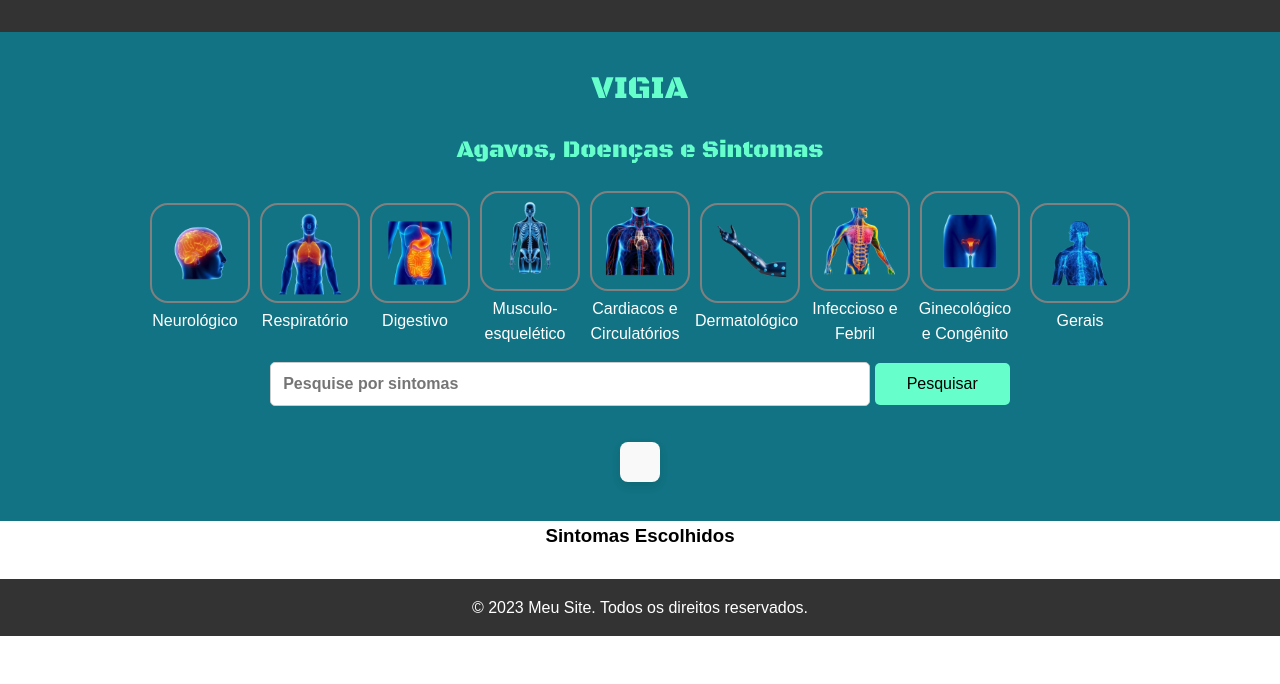
Repository: br-on/vigia
Page: index.html
An editor plug-in stored every save of this project. The page is shown before and after the next save, followed by the edit.
The browser window is 1280 px wide. The pictures show the whole page.
Some web fonts or font styles are not loaded; a fallback is used.

Above is the page before, as saved 2024-09-15 16:47:31.

### index.html
<!DOCTYPE html>
<html lang="pt-br">
<head>
  <meta charset="UTF-8">
  <meta name="viewport" content="width=device-width, initial-scale=1.0">
  <title>IA VIGILÂNCIA</title>
  <link rel="stylesheet" href="assets/style/style.css">
</head>
<body>
  <nav>
  </nav>
  <header class="search">
    <h1 class="black-ops-one-regular">VIGIA</h1>
    <h2 class="black-ops-one-regular">Agavos, Doenças e Sintomas</h2>
    <div class="grupos-sintomas">
      <div><div class="grupo-sintoma"><img src="/assets/img/grupos/neurologico.png" alt=""></div><div class="nome-grupo">Neurológico</div></div>
      <div><div class="grupo-sintoma"><img src="assets/img/grupos/respiratorio.png" alt=""></div><div class="nome-grupo">Respiratório</div></div>
      <div><div class="grupo-sintoma"><img src="assets/img/grupos/digestivo.png" alt=""></div><div class="nome-grupo">Digestivo</div></div>
      <div><div class="grupo-sintoma"><img src="assets/img/grupos/musculoesqueletico.png" alt=""></div><div class="nome-grupo">Musculo- esquelético</div></div>
      <div><div class="grupo-sintoma"><img src="assets/img/grupos/cardiaco.png" alt=""></div><div class="nome-grupo">Cardiacos e Circulatórios</div></div>
      <div><div class="grupo-sintoma"><img src="assets/img/grupos/dermatologico.png" alt=""></div><div class="nome-grupo">Dermatológico</div></div>
      <div><div class="grupo-sintoma"><img src="assets/img/grupos/infecciosofebril.png" alt=""></div><div class="nome-grupo">Infeccioso e Febril</div></div>
      <div><div class="grupo-sintoma"><img src="assets/img/grupos/ginecologicocongentia.png" alt=""></div><div class="nome-grupo">Ginecológico e Congênito</div></div>
      <div><div class="grupo-sintoma"><img src="assets/img/grupos/gerais.png" alt=""></div><div>Gerais</div></div>
    </div><br>
    <input type="text" placeholder="Pesquise por sintomas" class="electrolize-regular" id="campo-pesquisa">
    <button onclick="pesquisar()">Pesquisar</button>
    <br>
    <div id="resultados-pesquisa" class="resultado-pesquisa-sintomas"></div>
  </header>
  <main>
    <center><h3>Sintomas Escolhidos</h3></center>
    <div id="sintomas-escolhidos">

      <!-- Sintomas escolhidos serão exibidos aqui -->
    </div>
    <div id="resultados-doencas">
      <!-- Resultados das doenças serão exibidos aqui -->
    </div>
  </main>
  <footer>
    <p>&copy; 2023 Meu Site. Todos os direitos reservados.</p>
  </footer>

  <script src="assets/script/sintomas.js"></script>
  <script src="assets/script/data.js"></script>
  <script src="assets/script/app.js"></script>
</body>
</html>

### assets/style/style.css
/* style.css */
@import url('https://fonts.googleapis.com/css2?family=Black+Ops+One&display=swap');
@import url('https://fonts.googleapis.com/css2?family=Electrolize&display=swap');

.black-ops-one-regular {
  font-family: "Black Ops One", system-ui;
  font-weight: 400;
  font-style: normal;
}

.electrolize-regular {
  font-family: "Electrolize", sans-serif;
  font-weight: 600;
  font-style: normal;
}

/* Estilos globais */
* {
    margin: 0;
    padding: 0;
    box-sizing: border-box;
}

html, body {
    height: 100%;
    margin: 0;
}

body {
    font-family: Arial, sans-serif;
    line-height: 1.6;
    margin: 0;
    padding: 0;

}

header, nav, footer {
    background-color: #333;
    color: #fff;
    text-align: center;
    padding: 1rem;
}

main {
    flex: 1;
}

h1, h2 {
    color: #66ffcc;
    margin-bottom: 1rem;
}

/* Estilo para o formulário de pesquisa */
.search {
    text-align: center;
    padding: 2rem 1rem;
    background-color: #117383;
}

.search input[type="text"] {
    margin-top: 15px;
    width: 600px;
    padding: 0.75rem;
    margin-bottom: 1rem;
    border: 1px solid #ccc;
    border-radius: 5px;
    font-size: 1rem;
}

.search button {
    padding: 0.75rem 2rem;
    background-color: #66ffcc;
    color: #000;
    border: none;
    border-radius: 5px;
    cursor: pointer;
    font-size: 1rem;
}

.search button:hover {
    background-color: #29a67c;
    color: rgb(255, 255, 255);
}

/* Estilo para resultados */
.results {
    padding: 2rem;
    background-color: #fff;
    text-align: center;
}

/* Estilo do rodapé */

footer {
    background-color: #333;
    color: white;
    padding: 1rem;
    text-align: center;
    position: relative;
    bottom: 0;
    width: 100%;
}

/* Media Queries para telas menores */
@media (max-width: 768px) {
    .search input[type="text"] {
        width: 100%;
    }

    .search button {
        width: 100%;
        margin-top: 1rem;
    }
}

@media (max-width: 480px) {
    h1 {
        font-size: 2rem;
    }

    h2 {
        font-size: 1.5rem;
    }

    footer {
        font-size: 0.9rem;
    }
}

/* Container principal dos resultados */
#resultados-pesquisa {

    max-height: 80vh; /* Limita a altura para que os resultados não ocupem a tela inteira */
    overflow-y: auto; /* Ativa a barra de rolagem vertical */
    padding: 20px;
    margin-top: 20px;
    border-radius: 8px;
    box-shadow: 0px 4px 10px rgba(0, 0, 0, 0.1); /* Sombra suave */
    background-color: #f9f9f9; /* Fundo claro */
}

/* Estilo dos itens de resultado */
.item-resultado {
    border: 1px solid #e0e0e0; /* Borda leve ao redor do item */
    border-radius: 8px; /* Bordas arredondadas */
    padding: 20px; /* Espaçamento interno */
    margin-bottom: 20px; /* Espaçamento entre os itens */
    background-color: #fff; /* Fundo branco para o item */
    box-shadow: 0px 4px 8px rgba(0, 0, 0, 0.05); /* Sombra leve */
    transition: transform 0.3s ease, box-shadow 0.3s ease; /* Transição suave */
}

/* Efeito hover nos itens */
.item-resultado:hover {
    transform: translateY(-5px); /* Eleva o item ao passar o mouse */
    box-shadow: 0px 6px 12px rgba(0, 0, 0, 0.15); /* Aumenta a sombra ao passar o mouse */
}

/* Título do item */
.item-resultado h2 {
    font-size: 1.8rem;
    margin-bottom: 10px;
    color: #333; /* Cor mais escura para o título */
    font-weight: bold;
}

/* Subtítulos (Descrição, Sintomas, etc.) */
.item-resultado h4 {
    font-size: 1.2rem;
    margin-top: 15px;
    margin-bottom: 8px;
    color: #555; /* Cor intermediária */
}

/* Texto descritivo */
.item-resultado .descricao-meta {
    font-size: 1rem;
    line-height: 1.5; /* Facilita a leitura */
    color: #666; /* Cor do texto */
    margin-bottom: 15px;
}

/* Links */
.item-resultado a {
    font-size: 1rem;
    color: #007bff; /* Cor azul padrão */
    text-decoration: none;
}

.item-resultado a:hover {
    text-decoration: underline; /* Sublinha ao passar o mouse */
}

/* Barra de rolagem estilizada */
#resultados-pesquisa::-webkit-scrollbar {
    width: 8px;
}

#resultados-pesquisa::-webkit-scrollbar-thumb {
    background-color: #888;
    border-radius: 10px;
}

#resultados-pesquisa::-webkit-scrollbar-thumb:hover {
    background-color: #555;
}


/* Adicione isto ao seu arquivo CSS */
#filtros-sintomas {
    width: 90%;
    margin: 0 auto; /* Centraliza a div horizontalmente */
    display: flex;
    flex-wrap: wrap; /* Faz com que os itens quebrem para a linha seguinte */
    gap: 10px; /* Espaço entre os itens */
    box-sizing: border-box;
}

#filtros-sintomas label {
    display: flex;
    align-items: center;
    margin-right: 10px; /* Espaço entre os labels */

}


.sintoma-item {
    padding: 10px;
    margin: 5px 0;
    border-radius: 5px;
    cursor: pointer;
    margin: 2px;
}

.sintoma-item:hover {
    opacity: 0.8;
}

#sintomas-escolhidos {
    display: inline-flex;
    flex-wrap: wrap;
    margin-top: 20px;
}

.sintoma-escolhido {
    background-color: #d4edda; /* Cor de fundo verde clara */
    border: 1px solid #c3e6cb;
    padding: 10px;
    margin: 5px 0;
    border-radius: 5px;
}

.resultado-pesquisa-sintomas {
    display: inline-flex;
    flex-wrap: wrap;
    align-items: center;
    justify-content: center;
}

.grupos-sintomas {
    display: inline-flex;
    flex-wrap: wrap;
    justify-content: center;
    align-items: center;
    min-height: 150px;
}

.grupo-sintoma {
    display: flex;
    justify-content: center;
    align-items: center;
    margin: 5px;
    width: 100px;
    height: 100px;
    border-radius: 18px;
    border: solid 2.5px gray;
}

.grupo-sintoma:hover {
    height: 90px;
    width: 90px;
    transition: 0.5s;
    cursor: pointer;
    border-radius: 50%;
    background-color: hsl(29, 100%, 42%);
}

.grupo-sintoma img {
    width: 90px;
    height: 90px;
}

.grupo-sintoma img:hover {
    height: 130px;
    width: 130px;
    transition: 0.5s;
    cursor: pointer;
}

.nome-grupo {
    max-width: 100px;
}

### assets/script/app.js
document.addEventListener('DOMContentLoaded', function() {
    // Carregar sintomas iniciais (se necessário)
});

function pesquisar() {
    let campoPesquisa = document.getElementById("campo-pesquisa").value.toLowerCase();
    let resultadosSintomasDiv = document.getElementById("resultados-pesquisa");
    resultadosSintomasDiv.innerHTML = ""; // Limpar resultados anteriores

    // Filtra sintomas que correspondem ao texto digitado
    let sintomasEncontrados = dataSintomas.filter(sintoma =>
        sintoma.titulo_sintoma.toLowerCase().includes(campoPesquisa) ||
        sintoma.grupo_sintoma.toLowerCase().includes(campoPesquisa)
    );

    // Exibir sintomas encontrados
    sintomasEncontrados.forEach(sintoma => {
        let divSintoma = document.createElement('div');
        divSintoma.className = 'sintoma-item';
        divSintoma.style.backgroundColor = getRandomColor(); // Função para cor de fundo aleatória
        divSintoma.textContent = sintoma.titulo_sintoma;
        divSintoma.addEventListener('click', () => adicionarSintomaEscolhido(sintoma));
        resultadosSintomasDiv.appendChild(divSintoma);
    });
}

function adicionarSintomaEscolhido(sintoma) {
    let sintomasEscolhidosDiv = document.getElementById("sintomas-escolhidos");
    let divEscolhido = document.createElement('div');
    divEscolhido.className = 'sintoma-escolhido';
    divEscolhido.textContent = sintoma.titulo_sintoma;
    sintomasEscolhidosDiv.appendChild(divEscolhido);

    // Remover o sintoma da lista de sintomas encontrados
    let sintomaItems = document.querySelectorAll('#resultados-pesquisa .sintoma-item');
    sintomaItems.forEach(item => {
        if (item.textContent === sintoma.titulo_sintoma) {
            item.remove();
        }
    });

    // Opcional: Se quiser mostrar as doenças relacionadas, chame uma função aqui
    mostrarDoencasRelacionadas();
}

function mostrarDoencasRelacionadas() {
    let sintomasEscolhidosDiv = document.getElementById("sintomas-escolhidos");
    let sintomasEscolhidos = Array.from(sintomasEscolhidosDiv.children).map(div => div.textContent);

    let resultadosDoencasDiv = document.getElementById("resultados-doencas");
    resultadosDoencasDiv.innerHTML = ""; // Limpar resultados anteriores

    dataDoencas.forEach(doenca => {
        let sintomasDoenca = doenca.sintomas.toLowerCase().split(',').map(s => s.trim());
        let correspondeSintomas = sintomasEscolhidos.every(s => sintomasDoenca.includes(s.toLowerCase()));

        if (correspondeSintomas) {
            resultadosDoencasDiv.innerHTML += `
                <div class="item-resultado">
                    <h2 class="black-ops-one-regular">${doenca.titulo}</h2>
                    <h4 class="electrolize-regular">Descrição</h4>
                    <p class="descricao-meta">${doenca.descricao}</p>
                    <h4 class="electrolize-regular">Sintomas</h4>
                    <p class="descricao-meta">${doenca.sintomas}</p>
                    <h4 class="electrolize-regular">Prevenção</h4>
                    <p class="descricao-meta">${doenca.prevencao}</p>
                    <h4 class="electrolize-regular">Tratamento</h4>
                    <p class="descricao-meta">${doenca.tratamento}</p>
                    <a href="${doenca.link}" target="_blank">${doenca.link}</a>
                </div>
            `;
        }
    });
}

// Função para gerar cor aleatória
function getRandomColor() {
    const letters = '0123456789ABCDEF';
    let color = '#';
    for (let i = 0; i < 6; i++) {
        color += letters[Math.floor(Math.random() * 16)];
    }
    return color;
}

Loaded but not shown: assets/script/data.js (373 lines, source omitted); assets/script/sintomas.js (470 lines, source omitted)

After the next save:
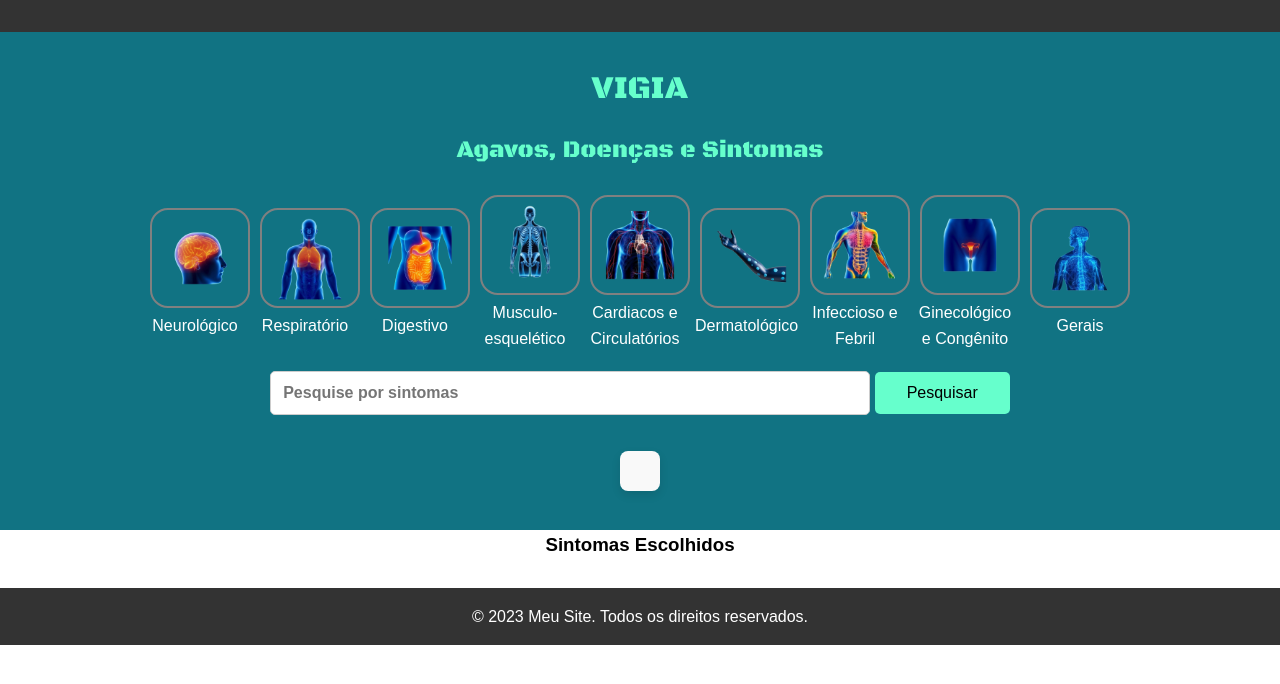
Saved 27 s later.
--- a/assets/style/style.css
+++ b/assets/style/style.css
@@ -262,7 +262,7 @@
     flex-wrap: wrap;
     justify-content: center;
     align-items: center;
-    min-height: 150px;
+    min-height: 170px;
 }
 
 .grupo-sintoma {

After the save that followed:
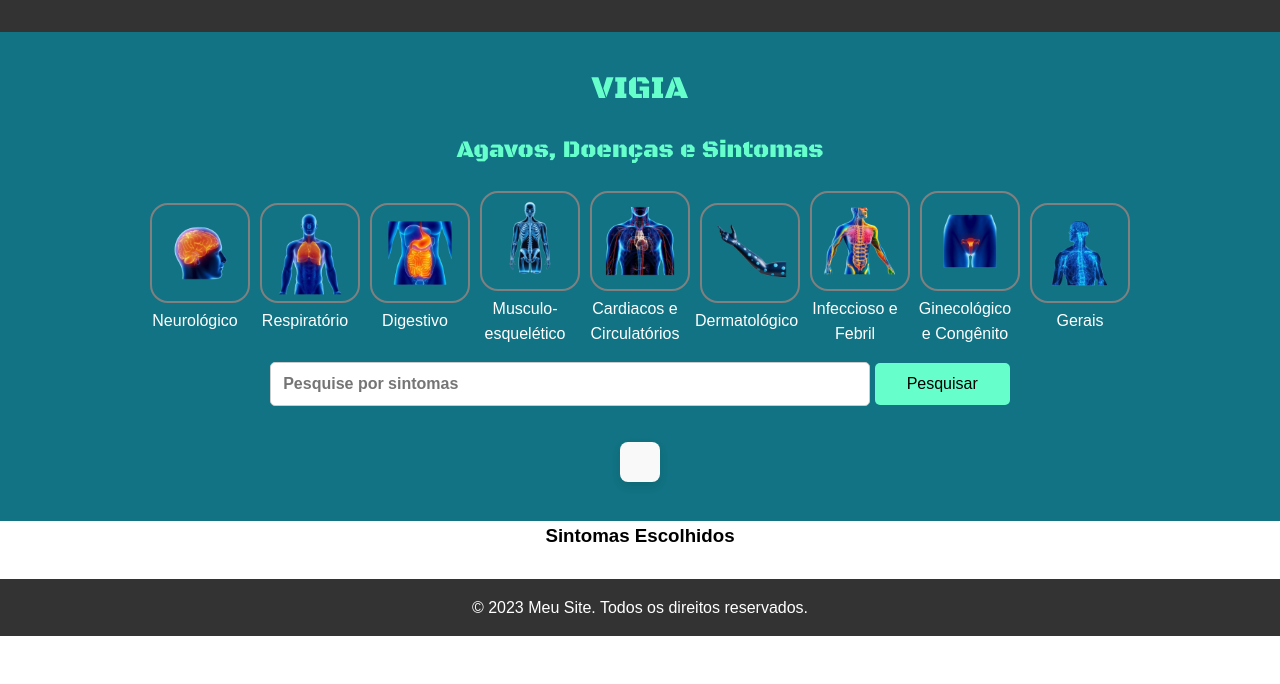
Saved 17 s later.
--- a/assets/style/style.css
+++ b/assets/style/style.css
@@ -262,7 +262,7 @@
     flex-wrap: wrap;
     justify-content: center;
     align-items: center;
-    min-height: 170px;
+    min-height: 150px;
 }
 
 .grupo-sintoma {
